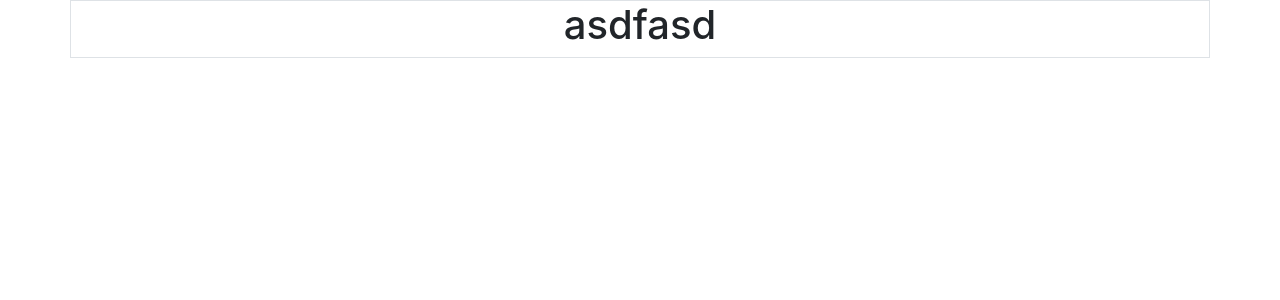
Repository: shankaraswal/react-multiple-ex
Page: /
The author's editor kept a copy of each file at every save. The page is drawn from the files as they stood at one save, then again after the next save.
The browser window is 1280 px wide. The pictures show the whole page.
The project was rebuilt for these pictures with package versions that can differ from the ones it lists, and the page was loaded fresh each time.

Above is the page before, as saved 2020-02-04 17:16:07.

After the next save:
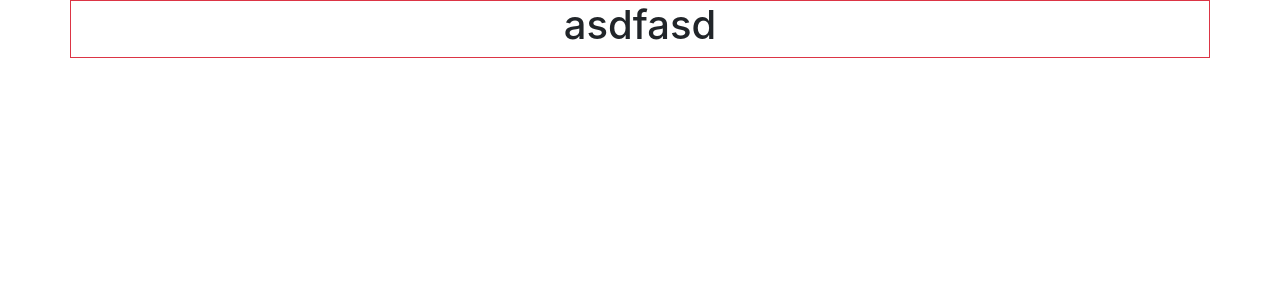
Saved 6 s later.
--- a/src/App.js
+++ b/src/App.js
@@ -4,7 +4,7 @@ import './App.css';
 
 function App() {
   return (
-    <div className="App container border ">
+    <div className="App container border border-danger">
       <h1>asdfasd</h1>
     </div>
   );
